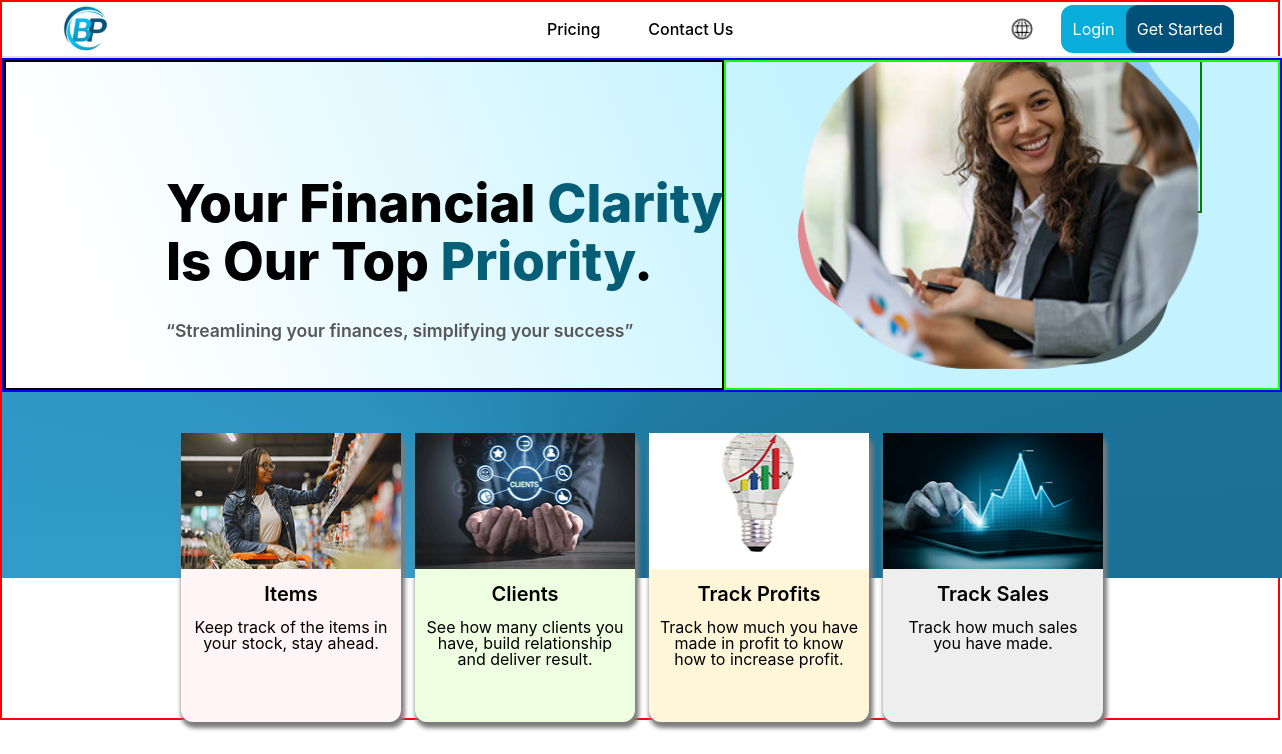
Repository: dark-txch/Bizpadi
Page: /
An editor plug-in stored every save of this project. The page is shown before and after the next save, followed by the edit.
The browser window is 1280 px wide. The page is 1282 px wide, so the pictures cover 1282 px, including what lies to the right of the window. The pictures show the whole page.
The project was rebuilt for these pictures with package versions that can differ from the ones it lists, and the page was loaded fresh each time. Also part of the build but not shown: vite.config.js, src/components/ErrorBoundary.jsx, src/components/LandingPage/PricingPage/Pricing.jsx, src/components/LandingPage/LogInPage/LogIn.jsx.

Above is the page before, as saved 2025-04-07 09:43:07.

### index.html
<!DOCTYPE html>
<html lang="en">
	<head>
		<meta charset="UTF-8" />
		<link rel="icon" type="image/svg+xml" href="/public/logo.svg" />
		<meta name="viewport" content="width=device-width, initial-scale=1.0" />
		<title>Bizpadi</title>
	</head>
	<body>
		<div id="root"></div>
		<script type="module" src="/src/main.jsx"></script>
	</body>
</html>

### src/index.css
:root {
	font-family: system-ui, Avenir, Helvetica, Arial, sans-serif;
	line-height: 1.5;
	font-weight: 400;

	color-scheme: light dark;
	color: black;
	background-color: white;

	font-synthesis: none;
	text-rendering: optimizeLegibility;
	-webkit-font-smoothing: antialiased;
	-moz-osx-font-smoothing: grayscale;
}

* {
	box-sizing: border-box;
	padding: 0;
	margin: 0;
	outline: none;
	border: none;
}

body {
	height: 100vh;
	width: 100vw;

	font-family: "inter", sans-serif;
}

a {
	text-decoration: none;
}

### src/App.jsx
import "./App.css";
import { BrowserRouter as Router, Routes, Route } from "react-router-dom";
import ErrorBoundary from "./components/ErrorBoundary";
// Upper imports are very important
import Nav from "./components/LandingPage/Nav";
import PricingPage from "./components/LandingPage/PricingPage/Pricing";
import LogInPage from "./components/LandingPage/LogInPage/LogIn";
import MidSection from "./components/LandingPage/MidSection";
import Footer from "./components/LandingPage/Footer";

function LandingPage() {
	return (
		<>
			<div className="landingPageContainer">
				<Nav />
				<MidSection />
				<Footer />
			</div>
		</>
	);
}

function App() {
	return (
		<Router>
			<Routes>
				<Route path="/" element={<LandingPage />} />
				<Route path="/pricing" element={<PricingPage />} />
				<Route path="/login" element={<LogInPage />} />
			</Routes>
		</Router>
	);
}

export default App;

### src/App.css
/*  LANDING PAGE/Main container */

@font-face {
	font-family: "MyCustomFont";
	src: url("/fonts/Inter/Inter-Italic-VariableFont_opsz,wght.ttf")
			format("truetype"),
		url("/fonts/Inter/Inter-VariableFont_opsz,wght.ttf") format("truetype");
	font-weight: normal;
	font-style: normal;
}
/* ------------------------------------------------------------------------------- */
/* THIS IS THE LANDING PAGE CONTAINER */
.landingPageContainer {
	width: 100vw;
	height: 100vh;
	font-family: "Inter", sans-serif;
	display: grid;
	/* grid-template-rows: 3.5rem 2fr 1fr; */
	grid-template-rows: 3.5rem 1fr 1fr;

	border: 2px solid red;
}

/* ------------------------------------------------------------------------------------ */
/*  THIS IS THE NAV CONTAINER */
.homepage-nav {
	width: 100%;
	display: flex;
	padding: 0 3rem 0;
	font-size: 1rem;
	align-items: center;
	justify-content: space-between;
	border-bottom: 2px solid #e1dfdf;
}
/*  THIS IS THE NAV CONTAINER CHILDREN */
.homepage-nav .logo {
	/* THIS IS THE LOGO CONTAINER */
	display: flex;
	flex: 1;
	align-self: center;
	height: inherit;
}
.homepage-nav .logo img {
	/* THIS IS THE LOGO IMG */
	height: 100%;
	width: auto;
}

.homepage-nav .pricingContact {
	/* THIS IS THE PRICING AND CONTACT US CONTAINER */
	display: flex;
	flex: 3;
	justify-content: center;
	gap: 3rem;
	font-weight: 500;
	line-height: 100%;
	letter-spacing: 0%;
}
.homepage-nav .pricingContact a {
	color: black;
	cursor: pointer;
}

.homepage-nav .loginGetStarted {
	/*THIS IS THE LOGIN AND GET STARTED CONTAINER*/
	height: 3rem;
	display: flex;
	flex: 1;
	justify-content: end;
	align-items: center;
	gap: 0.7rem;
	color: white;
	border-radius: 12px;
}
.homepage-nav .loginGetStarted img {
	/* THIS IS THE LOGIN AND GET STARTED IMAGE */
	height: 1.5rem;
	transform: translate(1rem, 0);
}
.homepage-nav .loginGetStarted a:nth-of-type(1) {
	/* THIS IS THE LOGIN BUTTON */
	background-color: #09adda;
	color: inherit;
	height: inherit;
	border-radius: inherit;
	display: flex;
	align-items: center;
	padding: 0 2rem 0 0.7rem;
	transform: translate(2rem, 0);
}

.homepage-nav .loginGetStarted a:nth-of-type(2) {
	/* THIS IS THE GET STARTED BUTTON*/
	background-color: #00517a;
	display: flex;
	align-items: center;
	white-space: nowrap;
	color: inherit;
	height: inherit;
	border-radius: inherit;
	padding: 0 0.7rem;
	position: relative;
	z-index: 2;
}

/* MIDSECTION -------------------------------------------------------------------------------*/
/* THIS IS THE MIDSECTION THAT HOUSES THE HEADER AND PARAGRAPH */
.midSection {
	display: flex;
	justify-content: center;
	/* align-items: center; */
	width: 100%;
	background: linear-gradient(246.72deg, #c4f3ff 34.96%, #ffffff 90.24%);

	border: 2px solid rgb(0, 0, 255);
}
.landingPageMotto {
	/* THIS IS THE CONTAINER FOR THE HEADER AND PARAGRAPH */
	padding: 3rem;
	/* max-width: 40rem; */
	max-width: 45rem;
	width: 100%;
	flex: 0 0 auto;
	white-space: nowrap;
	/* transform: translate(8rem, 0); */

	border: 2px solid black;
}
.landingPageMotto > h1 {
	font-weight: 800;
	font-size: 3.3rem;
	line-height: 110%;
	text-transform: capitalize;
	margin: 4rem 7rem 2rem;
}
.landingPageMotto > h1 span {
	color: #065d76;
}
.landingPageMotto > p {
	font-weight: 600;
	font-size: 1.1rem;
	line-height: 100%;
	letter-spacing: 0%;
	margin-left: 7rem;
	color: #575757;
}

.landingPageImages {
	/* THIS IS THE LANDING PAGE IMAGES CONTAINER*/
	flex: 1; /* grow to take remaining space */
	height: 100%;
	display: flex;
	justify-content: center;
	align-items: center;
	/* padding: 3rem; */
	overflow: hidden;
	position: relative; /* so children can be absolutely positioned */

	border: 2px solid rgb(17, 255, 0);
}

.landingPageImages > img {
	/* border: 2px solid green; */
	position: absolute;
	margin-top: -3rem;
}

.landingPageImages > img:nth-of-type(1) {
	/* MAIN SMILEY IMAGE */
	border-radius: 150px;
	width: 25rem;
	z-index: 100;
	/* border: 2px solid green; */
}

.landingPageImages > img:nth-of-type(2) {
	/* this is the black vector */
	width: 175.07px;
	height: 184.4px;
	transform: translate(5rem, 4.5rem);

	/* border: 2px solid green; */
}

.landingPageImages > img:nth-of-type(3) {
	/* EGG ROUND LIGHT BLUE VECTOR */
	width: 175.07px;
	height: 184.4px;
	opacity: 0.63;
	transform: translate(-3.8rem, -4.5rem);

	/* border: 2px solid green; */
}

.landingPageImages > img:nth-of-type(4) {
	/* DARK ORANGE VECTOR*/
	height: 153px;
	width: 152px;
	transform: translate(-8rem, 3rem);

	/* border: 2px solid green; */
}

.landingPageImages > img:nth-of-type(5) {
	/* Top right blue vector */
	width: 176px;
	height: 185;

	transform: translate(7rem, -5rem);

	border: 2px solid green;
}

/* FOOTER---------------------------------------------------------------------------------------------- */
/* This is the footer section/container that houses the feature container */
.footer {
	width: 100vw;
	display: flex;
	justify-content: center;
	flex: 1;
	height: calc(100vh - 534px);
	background: conic-gradient(
		from 164.13deg at 41.58% 79.97%,
		#115e80 0deg,
		#3db3e6 3.6deg,
		#115e80 360deg
	);
}

.footer > section {
	width: 1196px;
	height: 354px;
	display: flex;
	justify-content: center;
	align-items: center;
	gap: 14px;
	position: absolute;
	top: 400px;
	z-index: 999;
}

/* This is the container that houses all the features in the footer */
.featuresContainer {
	width: 220px;
	height: 289px;
	border-radius: 12px;
	text-align: center;
	letter-spacing: 0%;
	box-shadow: 2px 4px 4px 2px #7d7d7d;
}

.featuresContainer h1 {
	font-weight: 600;
	font-size: 20px;
	line-height: 100%;
	margin-bottom: 15px;
}

.featuresContainer p {
	font-weight: 400;
	font-size: 16px;
	line-height: 100%;
	padding: 0 10px 0;
}

/* This is the general image container for the featuresContainer */
.imageContainer {
	height: 136px;
	width: 100%;
	margin-bottom: 15px;
}

/* General styling for the images in the imageContainer */
.imageContainer img {
	width: 100%;
	height: 100%;
}

/* Added colors to the backgrounds of the footer featuresContainer individually */
.items {
	background-color: #fff5f6;
}
.clients {
	background-color: #eeffe1;
}
.trackProfits {
	background-color: #fff6da;
}
.trackSales {
	background-color: #eeeeee;
}

### src/components/LandingPage/Nav.jsx
import { Link } from "react-router-dom";

export default function Nav() {
	return (
		<>
			{/* THIS IS THE NAV CONTAINER */}
			<nav className="homepage-nav">
				{/* THIS IS THE LOGO CONTAINER */}
				<div className="logo">
					<img src="/assets/icons/logo.svg" alt="Bizpadi icon" />
				</div>

				{/* THIS IS THE PRICING AND CONTACT US CONTAINER */}
				<div className="pricingContact">
					<Link to="/pricing">Pricing</Link>
					<a href="#">Contact Us</a>
				</div>

				{/* THIS IS THE LOGIN AND GET STARTED CONTAINER*/}
				<div className="loginGetStarted">
					<img src="/assets/icons/world.png" alt="world" />
					<Link to="/login">Login</Link>
					<a href="#">Get Started</a>
				</div>
			</nav>
		</>
	);
}

### src/components/LandingPage/MidSection.jsx
export default function MidSection() {
	return (
		<section className="midSection">
			<div className="landingPageMotto">
				<h1>
					Your financial{" "}
					<span>
						clarity <br />
					</span>
					is our top <span>priority</span>.
				</h1>
				<p>“Streamlining your finances, simplifying your success”</p>
			</div>

			{/* This is the images section in the mid section */}
			<div className="landingPageImages">
				<img src="/assets/images/smiley.png" alt="smiley" />
				<img src="/assets/images/Vector-black.png" alt="vector-black" />
				<img src="/assets/images/Vector-blue.png" alt="vector-blue" />
				<img src="/assets/images/Vector-orange.png" alt="vector-orange" />
				<img src="/assets/images/Vector.png" alt="vector" />
			</div>
		</section>
	);
}

### src/components/LandingPage/Footer.jsx
export default function Footer() {
	return (
		<div className="footer">
			{/* The section container is the parent to the features */}
			<section>
				<div className="featuresContainer items">
					{/* The feautureOntainer class is given to all the divs housing the features */}
					<div className="imageContainer">
						<img src="/public/assets/images/client-1.png" alt="client-1" />
					</div>
					<h1>Items</h1>
					<p>Keep track of the items in your stock, stay ahead.</p>
				</div>

				<div className="featuresContainer clients">
					<div className="imageContainer">
						<img src="/public/assets/images/client-2.png" alt="client-2" />
					</div>
					<h1>Clients</h1>
					<p>
						See how many clients you have, build relationship and deliver
						result.
					</p>
				</div>

				<div className="featuresContainer trackProfits">
					<div className="imageContainer">
						<img
							src="/public/assets/images/track-profit.png"
							alt="track-profit"
						/>
					</div>
					<h1>Track Profits</h1>
					<p>
						Track how much you have made in profit to know how to increase
						profit.
					</p>
				</div>

				<div className="featuresContainer trackSales">
					<div className="imageContainer">
						<img
							src="../../../public/assets/images/track-sales.png"
							alt="track-sales"
						/>
					</div>
					<h1>Track Sales</h1>
					<p>Track how much sales you have made.</p>
				</div>
			</section>
		</div>
	);
}

Loaded but not shown: src/main.jsx (common file)

After the next save:
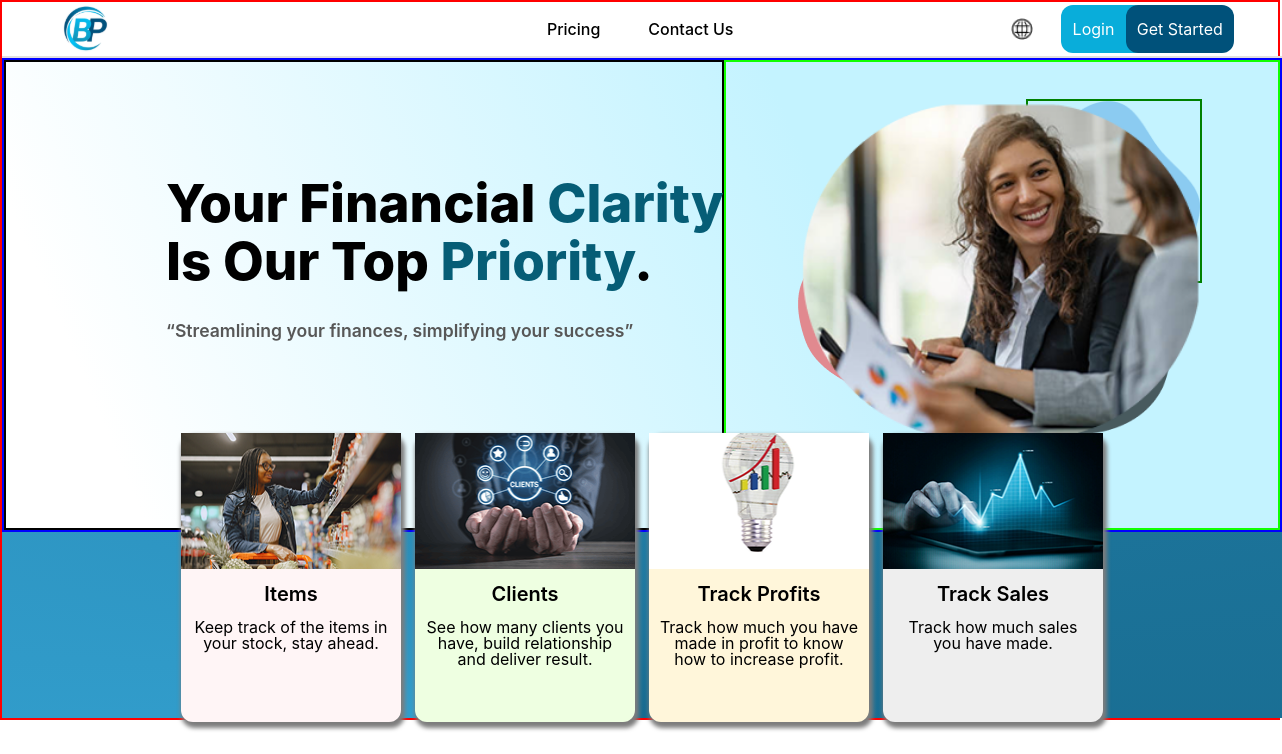
Saved 5 s later.
--- a/src/App.css
+++ b/src/App.css
@@ -16,7 +16,7 @@
 	font-family: "Inter", sans-serif;
 	display: grid;
 	/* grid-template-rows: 3.5rem 2fr 1fr; */
-	grid-template-rows: 3.5rem 1fr 1fr;
+	grid-template-rows: 3.5rem 1fr ;
 
 	border: 2px solid red;
 }
